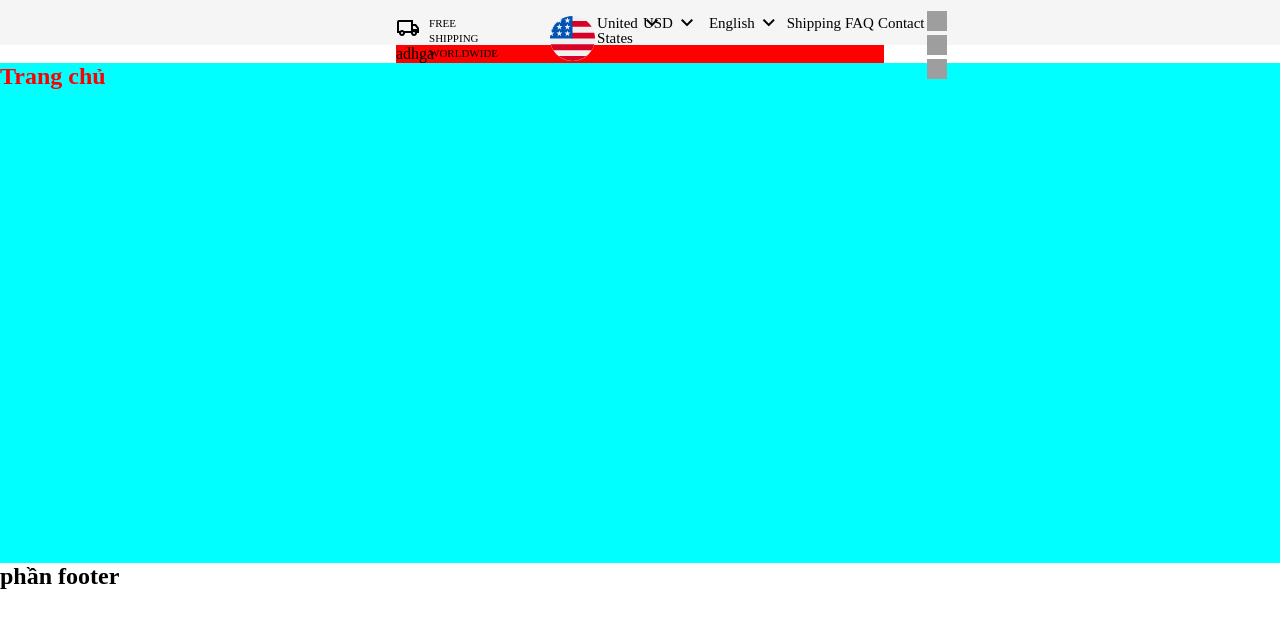
Repository: tatvanhco/shopper
Page: /
These files come from the project's save history. The page is drawn as it stood at one moment and after a run of saves; the edit follows.
The browser window is 1280 px wide. The pictures show the whole page.
Pictures or frames that could not be fetched are drawn as grey boxes. The project was rebuilt for these pictures with package versions that can differ from the ones it lists, and the page was loaded fresh each time.

Above is the page before, as saved 2022-09-24 12:03:48.

### src/index.tsx
import React from 'react';
import { createRoot } from 'react-dom/client';
import { Provider } from 'react-redux';
import { store } from './app/store';
import App from './App';
import reportWebVitals from './reportWebVitals';
import './index.scss';

const container = document.getElementById('root')!;
const root = createRoot(container);

root.render(
    <React.StrictMode>
        <Provider store={store}>
            <App />
        </Provider>
    </React.StrictMode>,
);

// If you want to start measuring performance in your app, pass a function
// to log results (for example: reportWebVitals(console.log))
// or send to an analytics endpoint. Learn more: https://bit.ly/CRA-vitals
reportWebVitals();

### src/app/store.ts
import { configureStore, ThunkAction, Action, getDefaultMiddleware } from '@reduxjs/toolkit';
import createSagaMiddleware from '@redux-saga/core';
import rootSaga from './rootSaga';

const sagaMiddleware = createSagaMiddleware();
export const store = configureStore({
    reducer: {

    },
    middleware: (getDefaultMiddleware) => {
        return getDefaultMiddleware().concat(sagaMiddleware);
    },
});

sagaMiddleware.run(rootSaga);

export type AppDispatch = typeof store.dispatch;
export type RootState = ReturnType<typeof store.getState>;
export type AppThunk<ReturnType = void> = ThunkAction<ReturnType, RootState, unknown, Action<string>>;

### src/App.tsx
import React from 'react';
import './App.scss';
import Header from 'components/header/header';
import Footer from 'components/footer/footer';
import Home from 'pages/home/home';

function App() {
    return (
        <div className="App">
            <Header />
            <Home />
            <Footer />
        </div>
    );
}

export default App;

### src/index.scss
/* @import 'normalize.css'; */
@import url('https://fonts.googleapis.com/css2?family=Roboto:wght@300;400;500;700&display=swap');
@import url('https://fonts.googleapis.com/css2?family=Material+Symbols+Outlined:opsz,wght,FILL,GRAD@20..48,100..700,0..1,-50..200');

body {
    margin: 0;
    padding: 0;
    /* font-family: -apple-system, BlinkMacSystemFont, 'Segoe UI', 'Roboto', 'Oxygen', 'Ubuntu', 'Cantarell', 'Fira Sans',
        'Droid Sans', 'Helvetica Neue', sans-serif; */
    -webkit-font-smoothing: antialiased;
    -moz-osx-font-smoothing: grayscale;
}

html {
    margin: 0;
    padding: 0;
}

code {
    font-family: source-code-pro, Menlo, Monaco, Consolas, 'Courier New', monospace;
}

p {
    margin: 0 !important;
    line-height: initial;
}

h1,
h2 {
    margin: 0;
}

### src/app/rootSaga.ts
function* rootSaga() {
    console.log('hahahha');
}

export default rootSaga;

### src/App.scss
.container {
    padding: 0px 16px;
    margin: 0 380px;
}

.d-flex {
    display: flex;
}

.ul {
    list-style: none;
    padding-left: 0;
}

.title {
    font-size: 15px;
    line-height: 15px;
    padding: 0 2px;
}

.img-icon {
    width: 20px;
    height: 20px;
}

.p-4p {
    padding: 0 4px;
}

### src/components/header/header.tsx
import clsx from 'clsx';
import { url } from 'inspector';
import { Fragment } from 'react';
import styles from './header.module.scss';

function header() {
    return (
        <Fragment>
            <div className="header">
                <div className={styles.headerTop}>
                    <div className="container">
                        <div className={clsx(styles.headerContact, 'd-flex')}>
                            <div className="headerContactRight">
                                <ul className={clsx('headerContactRightItems', 'ul', 'd-flex')}>
                                    <li className={clsx('headerContactRightItem', 'd-flex')}>
                                        <span className="material-symbols-outlined">local_shipping</span>
                                        <p className={clsx(styles.titleShip)}>FREE SHIPPING WORLDWIDE</p>
                                    </li>
                                    <li className={clsx('headerContactRightItem', 'd-flex', 'p-4p')}>
                                        <div className={clsx(styles.nation, 'd-flex')}>
                                            <img
                                                src="data:[embedded picture, 137 characters]
                                                        nLzIwMDAvc3ZnIj4KPHBhdGggZD0iTTcgMTRDMTAuODY2IDE0IDE0IDEwLjg2NiAxNCA3QzE0IDMuMTM0MDEgMTAuODY2IDAgNyAwQzMuMTM0MDEgMCAwIDMuMTM0MDEgMCA3QzAgMTAuO
                                                        DY2IDMuMTM0MDEgMTQgNyAxNFoiIGZpbGw9IiNGMEYwRjAiLz4KPHBhdGggZD0iTTYuNjk1OCA2Ljk5OTk4SDE0LjAwMDFDMTQuMDAwMSA2LjM2ODE4IDEzLjkxNTkgNS43NTYxMiAxMy4
                                                        3NTkgNS4xNzM4OUg2LjY5NThWNi45OTk5OFoiIGZpbGw9IiNEODAwMjciLz4KPHBhdGggZD0iTTYuNjk1OCAzLjM0NzgzSDEyLjk3MjdDMTIuNTQ0MiAyLjY0ODU5IDExLjk5NjMgMi4wM
                                                        zA1NCAxMS4zNTc1IDEuNTIxNzNINi42OTU4VjMuMzQ3ODNaIiBmaWxsPSIjRDgwMDI3Ii8+CjxwYXRoIGQ9Ik02Ljk5OTk3IDE0QzguNjQ3NCAxNCAxMC4xNjE2IDEzLjQzMDYgMTEuMzU
                                                        3NCAxMi40NzgzSDIuNjQyNThDMy44MzgzMiAxMy40MzA2IDUuMzUyNTMgMTQgNi45OTk5NyAxNFoiIGZpbGw9IiNEODAwMjciLz4KPHBhdGggZD0iTTEuMDI3NDggMTAuNjUyMkgxMi45N
                                                        zI3QzEzLjMxNjcgMTAuMDkwOCAxMy41ODM1IDkuNDc3MjMgMTMuNzU4OSA4LjgyNjA3SDAuMjQxMjExQzAuNDE2Njc2IDkuNDc3MjMgMC42ODM0NjkgMTAuMDkwOCAxLjAyNzQ4IDEwLjY
                                                        1MjJaIiBmaWxsPSIjRDgwMDI3Ii8+CjxwYXRoIGQ9Ik0zLjI0MjUzIDEuMDkzMTVIMy44ODA0M0wzLjI4NzA3IDEuNTI0MjJMMy41MTM3MyAyLjIyMTczTDIuOTIwMzkgMS43OTA2NkwyL
                                                        jMyNzA2IDIuMjIxNzNMMi41MjI4NCAxLjYxOTE2QzIuMDAwNDEgMi4wNTQzNCAxLjU0MjUyIDIuNTY0MTkgMS4xNjUxNyAzLjEzMjI4SDEuMzY5NTdMMC45OTE4NjcgMy40MDY2OEMwLjk
                                                        zMzAyMyAzLjUwNDg0IDAuODc2NTg2IDMuNjA0NTYgMC44MjI1IDMuNzA1NzZMMS4wMDI4NiA0LjI2MDg3TDAuNjY2MzY3IDQuMDE2MzlDMC41ODI3MjMgNC4xOTM2IDAuNTA2MjE1IDQuM
                                                        zc0ODEgMC40Mzc0NDUgNC41NTk3OUwwLjYzNjE1MiA1LjE3MTQxSDEuMzY5NTdMMC43NzYyMDcgNS42MDI0OUwxLjAwMjg2IDYuM0wwLjQwOTUyNyA1Ljg2ODkzTDAuMDU0MTEzMyA2LjE
                                                        yNzE2QzAuMDE4NTM5MSA2LjQxMzEyIDAgNi43MDQzOSAwIDdIN0M3IDMuMTM0MDMgNyAyLjY3ODI3IDcgMEM1LjYxNzE3IDAgNC4zMjgxMSAwLjQwMTEzMyAzLjI0MjUzIDEuMDkzMTVaT
                                                        TMuNTEzNzMgNi4zTDIuOTIwMzkgNS44Njg5M0wyLjMyNzA2IDYuM0wyLjU1MzcxIDUuNjAyNDlMMS45NjAzNiA1LjE3MTQxSDIuNjkzNzdMMi45MjAzOSA0LjQ3MzlMMy4xNDcwMiA1LjE
                                                        3MTQxSDMuODgwNDNMMy4yODcwNyA1LjYwMjQ5TDMuNTEzNzMgNi4zWk0zLjI4NzA3IDMuNTYzMzZMMy41MTM3MyA0LjI2MDg3TDIuOTIwMzkgMy44Mjk3OUwyLjMyNzA2IDQuMjYwODdMM
                                                        i41NTM3MSAzLjU2MzM2TDEuOTYwMzYgMy4xMzIyOEgyLjY5Mzc3TDIuOTIwMzkgMi40MzQ3N0wzLjE0NzAyIDMuMTMyMjhIMy44ODA0M0wzLjI4NzA3IDMuNTYzMzZaTTYuMDI0NTkgNi4
                                                        zTDUuNDMxMjYgNS44Njg5M0w0LjgzNzkzIDYuM0w1LjA2NDU4IDUuNjAyNDlMNC40NzEyMiA1LjE3MTQxSDUuMjA0NjRMNS40MzEyNiA0LjQ3MzlMNS42NTc4OSA1LjE3MTQxSDYuMzkxM
                                                        0w1Ljc5Nzk0IDUuNjAyNDlMNi4wMjQ1OSA2LjNaTTUuNzk3OTQgMy41NjMzNkw2LjAyNDU5IDQuMjYwODdMNS40MzEyNiAzLjgyOTc5TDQuODM3OTMgNC4yNjA4N0w1LjA2NDU4IDMuNTY
                                                        zMzZMNC40NzEyMiAzLjEzMjI4SDUuMjA0NjRMNS40MzEyNiAyLjQzNDc3TDUuNjU3ODkgMy4xMzIyOEg2LjM5MTNMNS43OTc5NCAzLjU2MzM2Wk01Ljc5Nzk0IDEuNTI0MjJMNi4wMjQ1O
                                                        SAyLjIyMTczTDUuNDMxMjYgMS43OTA2Nkw0LjgzNzkzIDIuMjIxNzNMNS4wNjQ1OCAxLjUyNDIyTDQuNDcxMjIgMS4wOTMxNUg1LjIwNDY0TDUuNDMxMjYgMC4zOTU2MzdMNS42NTc4OSA
                                                        xLjA5MzE1SDYuMzkxM0w1Ljc5Nzk0IDEuNTI0MjJaIiBmaWxsPSIjMDA1MkI0Ii8+Cjwvc3ZnPgo="
                                                alt=""
                                            />
                                            <p className={clsx('title')}>United States</p>
                                            <span className={clsx('material-symbols-outlined', styles.icon)}>
                                                expand_more
                                            </span>
                                        </div>
                                    </li>
                                    <li className={clsx('headerContactRightItem', 'd-flex', 'p-4p')}>
                                        <div className={clsx(styles.nation, 'd-flex')}>
                                            <p className={clsx('title')}>USD</p>
                                            <span className={clsx('material-symbols-outlined', styles.icon)}>
                                                expand_more
                                            </span>
                                        </div>
                                    </li>
                                    <li className={clsx('headerContactRightItem', 'd-flex', 'p-4p')}>
                                        <div className={clsx(styles.nation, 'd-flex')}>
                                            <p className={clsx('title')}>English</p>
                                            <span className={clsx('material-symbols-outlined', styles.icon)}>
                                                expand_more
                                            </span>
                                        </div>
                                    </li>
                                </ul>
                            </div>
                            <div className="headerContactLeft">
                                <ul className={clsx('headerContactLeftItems', 'd-flex', 'ul')}>
                                    <li className={clsx('headerContactLeftItem')}>
                                        <p className={clsx('title')}>Shipping</p>
                                    </li>
                                    <li className={clsx('headerContactLeftItem')}>
                                        <p className={clsx('title')}>FAQ</p>
                                    </li>
                                    <li className={clsx('headerContactLeftItem')}>
                                        <p className={clsx('title')}>Contact</p>
                                    </li>
                                    <li className={clsx('headerContactLeftItem')}>
                                        <img
                                            className={clsx('img-icon', styles.icon)}
                                            src="https://cdn-icons-png.flaticon.com/512/1384/1384005.png"
                                            alt="Facebook"
                                        />
                                        <img
                                            className={clsx('img-icon', styles.icon)}
                                            src="https://cdn-icons-png.flaticon.com/512/3661/3661391.png"
                                            alt="Instagram"
                                        />
                                        <img
                                            className={clsx('img-icon', styles.icon)}
                                            src="https://cdn-icons-png.flaticon.com/512/1384/1384028.png"
                                            alt="Youtube"
                                        />
                                    </li>
                                </ul>
                            </div>
                        </div>
                    </div>
                </div>
                <div className="headerBottom">
                    <div className="container">
                        <div className={clsx(styles.headerFrom)}>adhga</div>
                    </div>
                </div>
            </div>
        </Fragment>
    );
}

export default header;

### src/components/footer/footer.tsx
function footer() {
    return <h2>phần footer</h2>;
}

export default footer;

### src/pages/home/home.tsx
import clsx from 'clsx';
import styles from './home.module.scss';

function Home() {
    return (
        <>
            <h2 className={clsx(styles.heading)}>Trang chủ</h2>
        </>
    );
}

export default Home;

### src/components/header/header.module.scss
.headerTop {
    background-color: #f5f5f5;
}

.headerContact {
    height: 45px;
    justify-content: space-between;
    vertical-align: middle;
}

.headerFrom {
    background-color: red;
}

.titleShip {
    font-size: 11px;
    line-height: 15px;
    padding: 0px 48px 0 9px;
}

.icon {
    transform: translateY(-5px);
}

### src/pages/home/home.module.scss
.heading {
    height: 500px;
    background-color: aqua;
    color: red;
}

.active {
    background-color: yellow;
}

Loaded but not shown: public/index.html (common file); src/reportWebVitals.ts (common file)

After the next 2 saves:
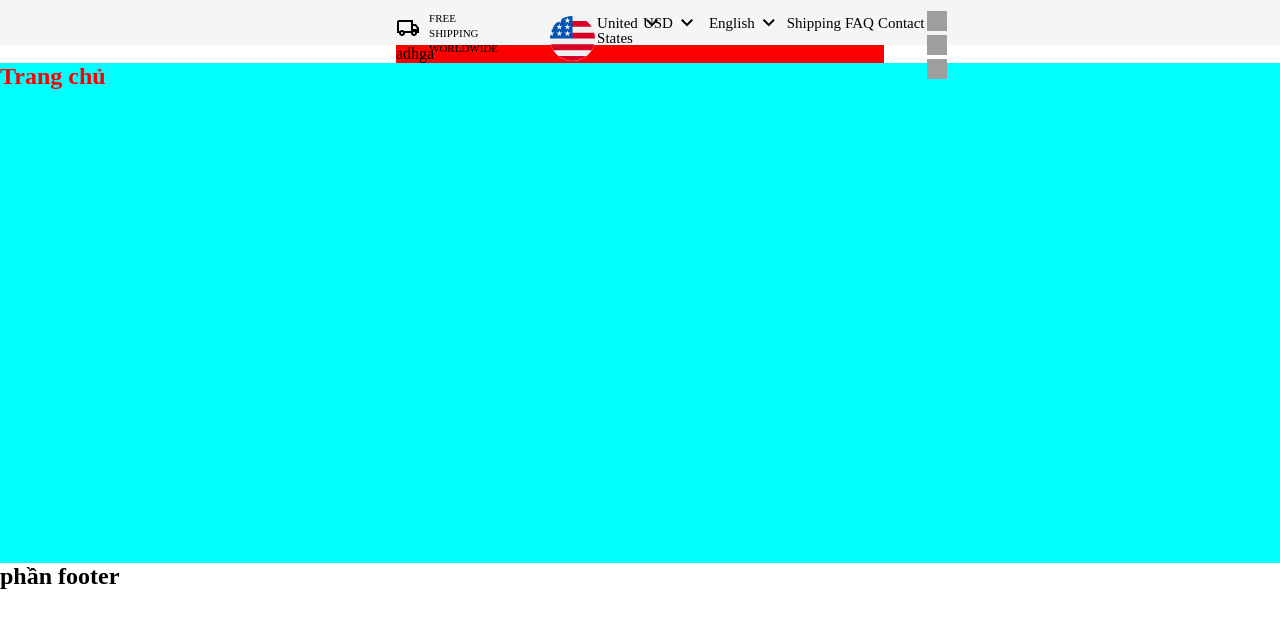
The 2 saves are shown as one change because 1 did not build or start.
The last was saved 20 s later.
--- a/src/components/header/header.tsx
+++ b/src/components/header/header.tsx
@@ -14,7 +14,7 @@
                                 <ul className={clsx('headerContactRightItems', 'ul', 'd-flex')}>
                                     <li className={clsx('headerContactRightItem', 'd-flex')}>
                                         <span className="material-symbols-outlined">local_shipping</span>
-                                        <p className={clsx(styles.titleShip)}>FREE SHIPPING WORLDWIDE</p>
+                                        <p className={clsx(styles.titleShip, styles.icon)}>FREE SHIPPING WORLDWIDE</p>
                                     </li>
                                     <li className={clsx('headerContactRightItem', 'd-flex', 'p-4p')}>
                                         <div className={clsx(styles.nation, 'd-flex')}>

After the save that followed:
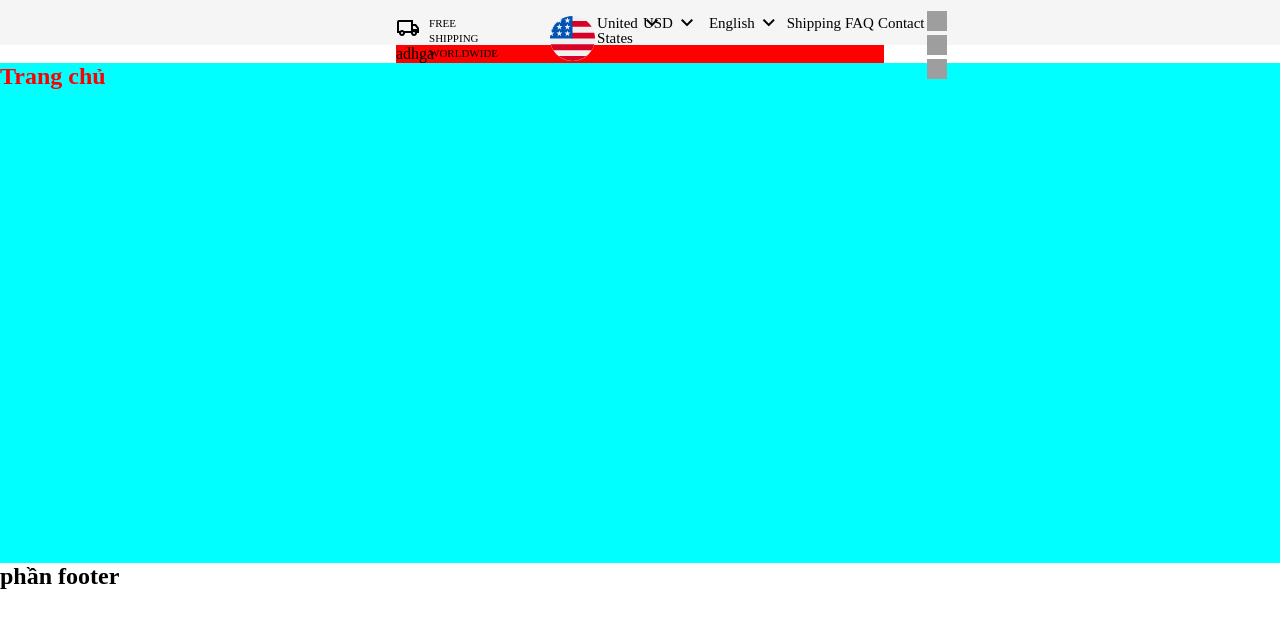
Saved 22 s later.
--- a/src/components/header/header.tsx
+++ b/src/components/header/header.tsx
@@ -14,7 +14,7 @@
                                 <ul className={clsx('headerContactRightItems', 'ul', 'd-flex')}>
                                     <li className={clsx('headerContactRightItem', 'd-flex')}>
                                         <span className="material-symbols-outlined">local_shipping</span>
-                                        <p className={clsx(styles.titleShip, styles.icon)}>FREE SHIPPING WORLDWIDE</p>
+                                        <p className={clsx(styles.titleShip)}>FREE SHIPPING WORLDWIDE</p>
                                     </li>
                                     <li className={clsx('headerContactRightItem', 'd-flex', 'p-4p')}>
                                         <div className={clsx(styles.nation, 'd-flex')}>
